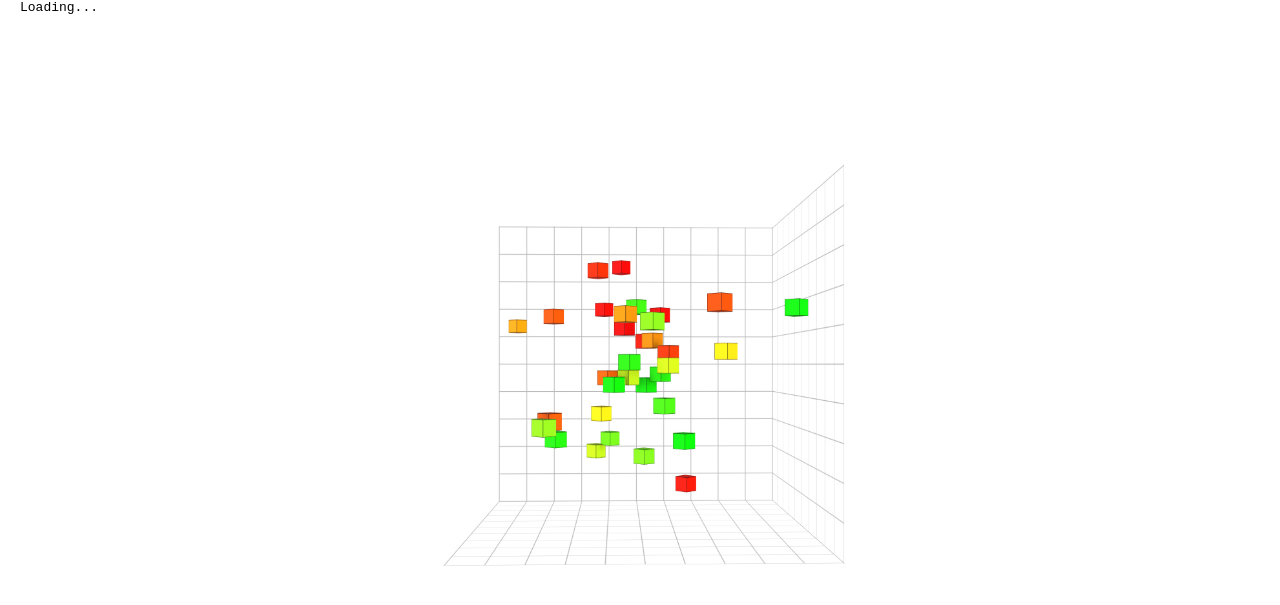
Repository: ceeskaan/ceeskaan.github.io
Page: index.html
An editor plug-in stored every save of this project. The page is shown before and after the next save, followed by the edit.
The browser window is 1280 px wide. The pictures show the window.
A layer covers the whole window, so only the first screen is drawn. Some web libraries are served in a nearby version.

Above is the page before, as saved 2022-02-09 20:53:03.
Console error (its wording comes from the project's code and is left out).

### index.html
<!DOCTYPE html>
<html>
    <head>
        <title>Crispy AI</title>
        <meta charset="utf-8" />
        <meta name="description" content="" />
        <meta name="viewport" content="width=device-width, initial-scale=1" />
        <link rel="stylesheet" href="common/main.css" />
        <script src="http://ajax.googleapis.com/ajax/libs/jquery/1.8.3/jquery.min.js"></script>
        <link rel = "icon" href =
        "icon.png"
        type = "image/x-icon">
    </head>
    <body>
        <section>
            <pre id="comments"></pre>
        </section>
        <div id="content">
            <section class="canvas-container" id="canvas-container">
                <input
                    name="frames-url"
                    type="hidden"
                    value="videos/frames/image{{id}}.jpg"
                    data-frame-start="596"
                    data-frame-end="719"
                    data-frame-id-padding="3"
                />
            </section>
        </div>
        <script>
        $(document).mousemove(function(e) {
            var percent = e.clientX / $(window).width();
           $('body, html').scrollTop($(document).height() * percent/1.283);
        });</script>
        <script src="common/utils.js"></script>
        <script src="common/scroll-observable.js"></script>
        <script src="common/canvas-frame-scrubber.js"></script>
        <script src="assets/frame-unpacker.js"></script>
        <script src="assets/main.js"></script>
    </body>
</html>

### common/main.css
html,
body {
    margin: 0;
    padding: 0 10px;
    font-family: -apple-system, BlinkMacSystemFont, 'Segoe UI', Roboto, Oxygen, Ubuntu, Cantarell, 'Open Sans',
        'Helvetica Neue', sans-serif;
    height: 3000px;
    background: rgb(255, 255, 255);
    color: rgb(0, 0, 0);
    overflow: hidden; /* Hide scrollbars */
}

* {
    margin: 0;
    padding: 0;
 }


html.home,
body.home {
    height: 100%;
}

a {
    color: #33a8ff;
}

#content {
    position: fixed;
    max-width: calc(100% - 20px);
}

.video-container,
.canvas-container {
    max-width: calc(100% - 20px);
    max-height: 80vh;
    height: auto;
}

.canvas {
    width: 100%;
    height: auto;
}

.cursor-loading {
    cursor: progress;
}

### common/utils.js
// Logging
const logContainer = document.getElementById('comments');
const log = text => {
    if (logContainer) {
        logContainer.innerHTML += text + '\n';
    } else {
        console.log(text);
    }
};

// Loading indicator
const startProgress = () => {
    document.documentElement.classList.add('cursor-loading');
};

const stopProgress = () => {
    document.documentElement.classList.remove('cursor-loading');
};

// average over an array
const average = arr => {
    return (arr.reduce((a, b) => a + b, 0) / arr.length).toFixed(2);
};

// promise with timeout
const withTimeout = async (promise, timeout) => {
    return new Promise(async (resolve, reject) => {
        setTimeout(() => {
            reject(`Promise ${promise} timed out at ${timeout}ms`);
        }, timeout);

        await promise;
        resolve(promise);
    });
};

### common/scroll-observable.js
function ScrollObservable() {
    this._observers = [];

    // using RAF as a petty debounce
    let inProgress = false;
    const handler = () => {
        if (inProgress) return;
        inProgress = true;

        window.requestAnimationFrame(() => {
            this._process();

            inProgress = false;
        });
    };

    window.addEventListener('scroll', handler);
}

ScrollObservable.prototype._process = function() {
    const viewportHeight = document.documentElement.clientHeight;
    const documentHeight = document.body.clientHeight;
    const scrolled = Math.max(
        window.scrollY,
        window.pageYOffset,
        document.documentElement.scrollTop,
        document.body.scrollTop
    );

    const scrolledPercentage = Math.round((100 * (100 * scrolled)) / (documentHeight - viewportHeight)) / 100;

    this.publish(scrolledPercentage);
};

ScrollObservable.prototype.subscribe = function(observer) {
    this._observers.push(observer);
};

ScrollObservable.prototype.publish = function(value) {
    this._observers.forEach(observer => {
        observer.next(value);
    });
};

### common/canvas-frame-scrubber.js
const CanvasFrameScrubber = (() => {
    const create = (context, frames) => {
        let currentFrame = 0;

        const observer = {
            next: percentage => {
                const frameIndex = Math.floor((percentage * (frames.length - 1)) / 100);

                if (currentFrame === frameIndex) return;

                window.requestAnimationFrame(() => {
                    context.drawImage(frames[frameIndex], 0, 0);
                });
            }
        };

        return observer;
    };

    return {
        create: create
    };
})();

### assets/frame-unpacker.js
const FrameUnpacker = (() => {
    const unpack = async options => {
        const urlPattern = options.urlPattern,
            start = options.start,
            end = options.end,
            padding = options.padding;

        const bitmaps = [];
        const calls = [];

        const timeStart = performance.now();

        // download each frame image and prep it up
        for (let index = start; index <= end; index++) {
            const id = index.toString().padStart(padding, '0');
            const url = urlPattern.replace('{{id}}', id);

            calls.push(
                fetch(url).then(res =>
                    res
                        .blob()
                        .then(blob =>
                            createImageBitmap(blob).then(bitmap => bitmaps.push({ id: index, bitmap: bitmap }))
                        )
                )
            );
        }

        // wait for all the downloads to finish... (a more eager implementation that starts putting
        // the scrubbing as soon as the first few frames are downloaded can also be done, but we'll
        // keep thing s simple for now)
        await Promise.all(calls);

        // sort the downloaded frame bitmaps in order, they could have been downloaded haphazardly
        bitmaps.sort((a, b) => {
            return a.id - b.id;
        });

        // once that's done, construct an array of just frames that would be returned
        const frames = [];
        bitmaps.map(bitmap => frames.push(bitmap.bitmap));

        const timeDelta = performance.now() - timeStart;

        return frames;
    };

    return {
        unpack: unpack
    };
})();

### assets/main.js
(async () => {
    startProgress();

    const videoContainer = document.querySelector('#canvas-container');
    const framesUrlElement = document.querySelector('input[name="frames-url"]');
    if (!videoContainer || !framesUrlElement) {
        throw new Error('Element missing!');
    }

    const framesUrlPattern = framesUrlElement.value;
    const framesUrlStart = parseInt(framesUrlElement.dataset.frameStart, 10);
    const framesUrlEnd = parseInt(framesUrlElement.dataset.frameEnd, 10);
    const framesIdPadding = parseInt(framesUrlElement.dataset.frameIdPadding, 10);

    log('Loading...');

    const startTime = Date.now();

    const frames = await FrameUnpacker.unpack({
        urlPattern: framesUrlPattern,
        start: framesUrlStart,
        end: framesUrlEnd,
        padding: framesIdPadding
    });

    const endTime = Date.now();



    const canvas = document.createElement('canvas');
    canvas.classList.add('canvas');
    canvas.height = frames[0].height;
    canvas.width = frames[0].width;
    const context = canvas.getContext('2d');
    context.drawImage(frames[0], 0, 0);

    videoContainer.appendChild(canvas);



    const observer = CanvasFrameScrubber.create(context, frames);

    const observable = new ScrollObservable();
    observable.subscribe(observer);


    stopProgress();
})();

After the next save:
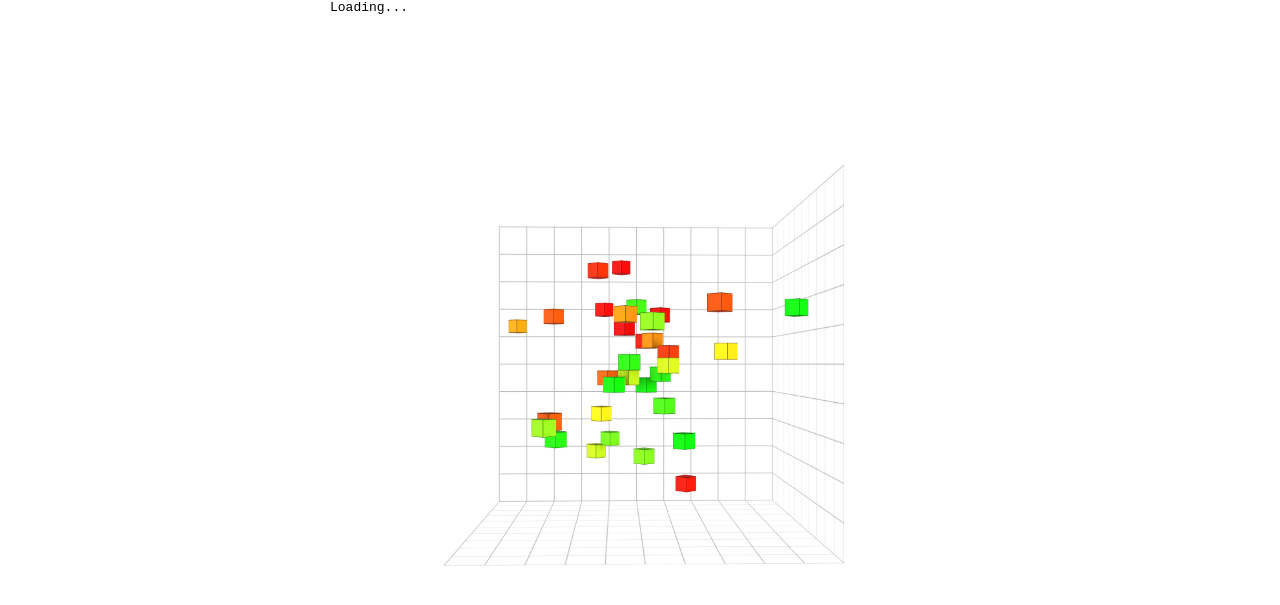
Saved 3 min 30 s later.
--- a/common/main.css
+++ b/common/main.css
@@ -45,3 +45,8 @@ a {
 .cursor-loading {
     cursor: progress;
 }
+
+#comments {
+    margin: auto;
+    width: 50%;
+}
